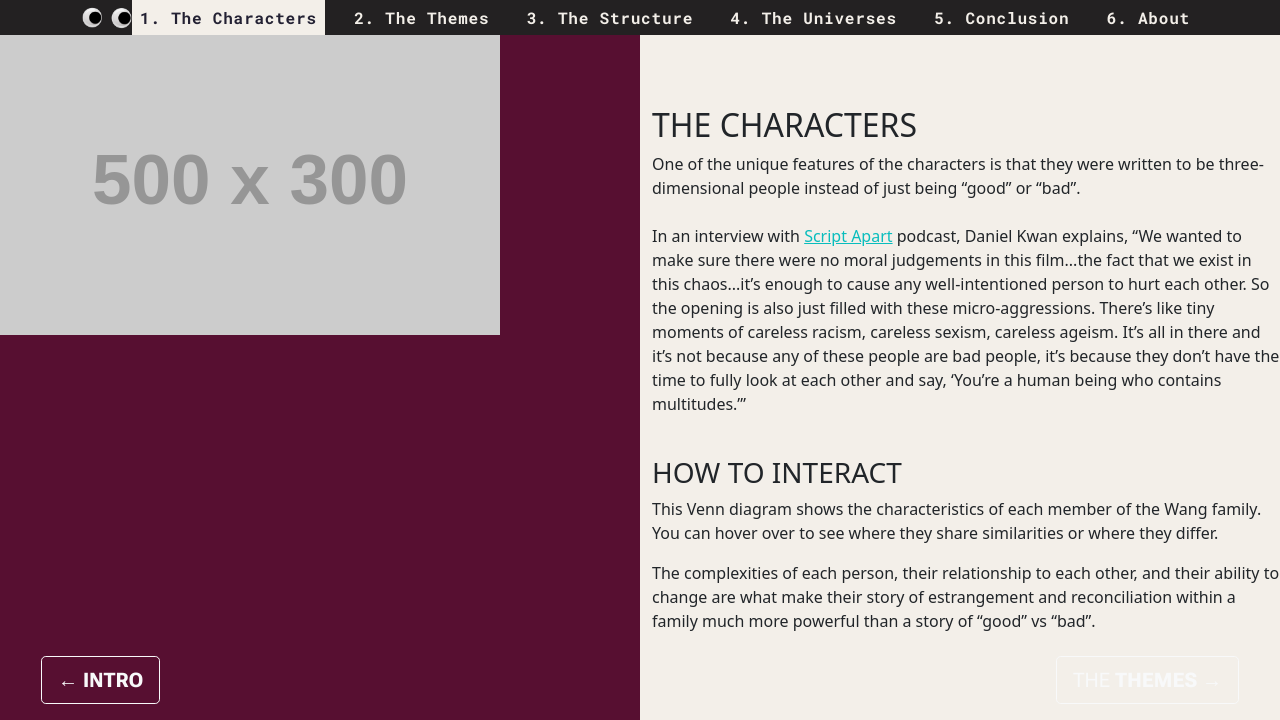
Repository: angelica-hom/msdv-thesis
Page: characters.html
The author's editor kept a record of every edit. The page is drawn from the files as they stood at one moment, then again after the next edit.
The browser window is 1280 px wide. The pictures show the whole page.

Above is the page before.

### characters.html
<!DOCTYPE html>
<html lang="en">
  <head>
    <meta charset="utf-8" />
    <meta name="viewport" content="width=device-width, initial-scale=1" />
    <link
      href="https://cdn.jsdelivr.net/npm/bootstrap@5.1.3/dist/css/bootstrap.min.css"
      rel="stylesheet"
    />
    <link href="characters.css" rel="stylesheet" />
    <title>Decoding Everything Everywhere All at Once</title>
  </head>
  <body>
    <nav class="navbar navbar-expand-lg navbar-custom">
      <div class="container">
        <a class="navbar-brand" href="index.html">
          <img
            src="images/Googly Eyes.png"
            alt="Decoding Everything Everywhere All at Once"
            height="50"
          />
        </a>
        <div class="collapse navbar-collapse" id="navbarNav">
          <ul class="navbar-nav mx-auto">
            <li class="nav-item">
              <!-- Add "btn-characters" class to the "Characters" button -->
              <a class="nav-link btn-selected" href="characters.html"
                >1. The Characters</a
              >
            </li>
            <li class="nav-item">
              <a class="nav-link" href="themes.html">2. The Themes</a>
            </li>
            <li class="nav-item">
              <a class="nav-link" href="structure.html">3. The Structure</a>
            </li>
            <li class="nav-item">
              <a class="nav-link" href="universes.html">4. The Universes</a>
            </li>
            <li class="nav-item">
              <a class="nav-link" href="conclusion.html">5. Conclusion</a>
            </li>
            <li class="nav-item">
              <a class="nav-link" href="about.html">6. About</a>
            </li>
          </ul>
        </div>
      </div>
    </nav>

    <div class="container-fluid">
      <div class="row">
        <div class="col-md-6 left-section">
          <img
            src="https://via.placeholder.com/500x300"
            alt="Static image"
            class="img-fluid"
          />
        </div>
        <div
          class="col-md-6 d-flex flex-column justify-content-center right-section"
        >
          <div id="content">
            <h2>THE <span class="bold">CHARACTERS</span></h2>
            <span class="subheading"
              >One of the unique features of the characters is that they were
              written to be three-dimensional people instead of just being
              “good” or “bad”.</span
            >
            <br /><br />
            <p>
              In an interview with
              <a
                href="https://screencraft.org/blog/script-apart-the-daniels-unpack-everything-everywhere-all-at-once/"
                target="_blank"
                >Script Apart</a
              >
              podcast, Daniel Kwan explains, “We wanted to make sure there were
              no moral judgements in this film...the fact that we exist in this
              chaos...it’s enough to cause any well-intentioned person to hurt
              each other. So the opening is also just filled with these
              micro-aggressions. There’s like tiny moments of careless racism,
              careless sexism, careless ageism. It’s all in there and it’s not
              because any of these people are bad people, it’s because they
              don’t have the time to fully look at each other and say, ‘You’re a
              human being who contains multitudes.’”
            </p>
            <br />
            <h3>HOW TO INTERACT</h3>
            <p>
              This Venn diagram shows the characteristics of each member of the
              Wang family. You can hover over to see where they share
              similarities or where they differ.
            </p>
            <p>
              The complexities of each person, their relationship to each other,
              and their ability to change are what make their story of
              estrangement and reconciliation within a family much more powerful
              than a story of “good” vs “bad”.
            </p>
          </div>
          <div class="nav-sticky-bottom">
            <div class="d-flex justify-content-between">
              <a href="intro.html" class="btn btn-outline-light btn-lg"
                ><span class="button-bold">← INTRO</span></a
              >
              <a href="themes.html" class="btn btn-outline-light btn-lg"
                >THE <span class="button-bold">THEMES →</span></a
              >
            </div>
          </div>
        </div>
      </div>
    </div>

    <script src="characters.js"></script>
    <script src="https://cdn.jsdelivr.net/npm/@popperjs/core@2.11.6/dist/umd/popper.min.js"></script>
    <script src="https://cdn.jsdelivr.net/npm/bootstrap@5.1.3/dist/js/bootstrap.min.js"></script>
    <script src="https://code.highcharts.com/highcharts.js"></script>
    <script src="https://code.highcharts.com/modules/venn.js"></script>
    <script src="https://code.highcharts.com/modules/exporting.js"></script>
    <script src="https://code.highcharts.com/modules/accessibility.js"></script>
  </body>
</html>

### characters.css
@import url('https://fonts.googleapis.com/css2?family=Roboto+Flex:wght@100;200;300;400;500;600;700;800;900;1000&display=swap');
@import url('https://fonts.googleapis.com/css2?family=Roboto+Mono:ital,wght@0,100;0,200;0,300;0,400;0,500;0,600;0,700;1,100;1,200;1,300;1,400;1,500;1,600;1,700&display=swap');

body, html {
    margin: 0;
    height: 100%;
    overflow-x: hidden;
}

.container-fluid {
    height: calc(100% - 35px); /* Subtract navbar height */
    padding: 0;
}

.row {
    height: 100%;
}

/* NAVBAR */
.navbar-custom {
    margin-bottom: 0;
    height: 35px;
    align-items: center; /* Center the navbar content vertically */
    background-color: #232122; /* New navbar background color */
    width: 100%; /* Make the navbar container wider */
    font-family: 'Roboto Mono', monospace; /* Specify the font family */
    font-weight: 700;
}

.navbar-custom .navbar-brand,
.navbar-custom .nav-link {
    color: #F3EFE9;
    padding: 0;
    line-height: 35px;
    font-size: 16px;
    letter-spacing: 0.05em;
    font-family: 'Roboto Mono', monospace;
    margin: 0; /* Add a margin to create more space between nav items */
}

.navbar-custom .navbar-nav {
    flex-grow: 1;
    display: flex;
    justify-content: space-between; /* Spread out the nav items */
}

.navbar-custom .nav-link:hover {
    color: #232122;
    background-color: #F3EFE9; /* New background color on hover */
}

/* Change the background-color and color for the "Characters" button */
.btn-selected {
    background-color: #F3EFE9 !important;
    color: #232133 !important;
}

/*a:focus, a:active, a:hover {*/
/*  outline: none;*/
/*  text-decoration: none;*/
  /*color: #F3EFE9; /* Set the desired color for the links */
/*}*/

/* Change the color of an inactive (unvisited) hyperlink */
a {
    color: #08BDBD; /* Replace with your desired color */
}

/* Change the color of a hyperlink when hovered over */
a:hover {
    color: #5A9; /* Replace with your desired color */
}

/* RIGHT SECTION STYLE */
.right-section {
    background-color: #F3EFE9;
}

/* LEFT SECTION STYLE */
.left-section {
    background-color: #570F31;
    color: #FFF; /* Set text color to white for better contrast */
    justify-content: flex-start!important;
    position: relative;
}

.left-section #content {
    padding: 25px;
}

.left-section #content h2 {
    font-family: 'Roboto Flex', sans-serif;
    font-style: normal;
    font-weight: 200;
    font-size: 45px;
}

.left-section #content .subheading {
    font-family: 'Roboto Flex', sans-serif;
    font-style: normal;
    font-weight: 700;
    font-size: 16px;
}

.left-section #content h3 {
    font-family: 'Roboto Flex', sans-serif;
    font-style: normal;
    font-weight: 700;
    font-size: 16px;
}

@media (max-width: 768px) {
  h2 {
    font-size: 28px;
  }
}

.left-section #content .bold {
    font-weight: 800;
}

.left-section #content p {
    font-family: 'Roboto Mono', monospace;
    font-style: normal;
    font-weight: 400;
    font-size: 15px;
}

.justify-content-between {
    padding: 0px 25px!important;
    font-family: 'Roboto Flex', sans-serif!important;
}

.button-bold {
    font-weight: 800;
}

.nav-sticky-bottom {
    position: absolute;
    bottom: 0;
    left: 0;
    right: 0;
    padding: 1rem;
}

/* VISUALIZATION */
.vertical-center {
  margin: 0;
  position: relative;
  top: 50%;
  -ms-transform: translateY(-50%);
  transform: translateY(-50%);
}

### characters.js
document.addEventListener('keydown', function (event) {
    if (event.code === 'ArrowLeft') {
        window.location.href = 'intro.html';
    }
});

document.addEventListener('keydown', function (event) {
    if (event.code === 'ArrowRight') {
        window.location.href = 'themes.html';
    }
});

After the next edit:
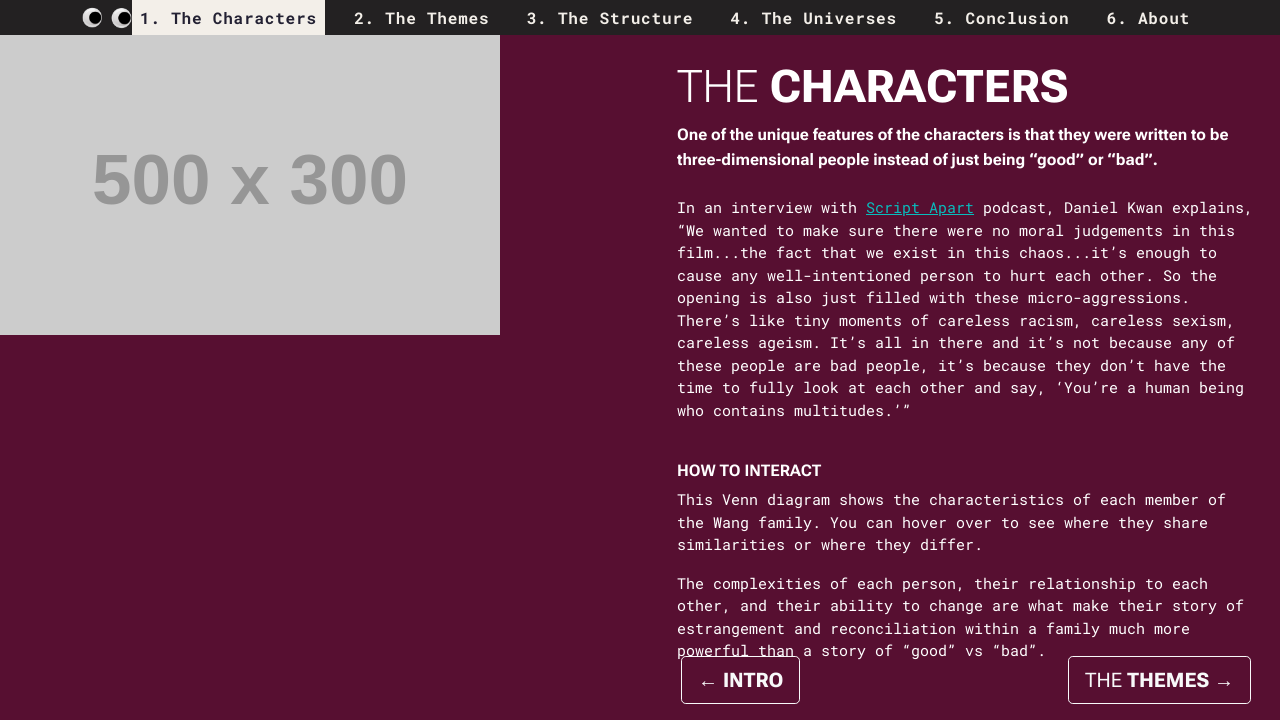
The edit:
--- a/characters.html
+++ b/characters.html
@@ -57,9 +57,8 @@
             class="img-fluid"
           />
         </div>
-        <div
-          class="col-md-6 d-flex flex-column justify-content-center right-section"
-        >
+
+        <div class="col-md-6 left-section">
           <div id="content">
             <h2>THE <span class="bold">CHARACTERS</span></h2>
             <span class="subheading"
